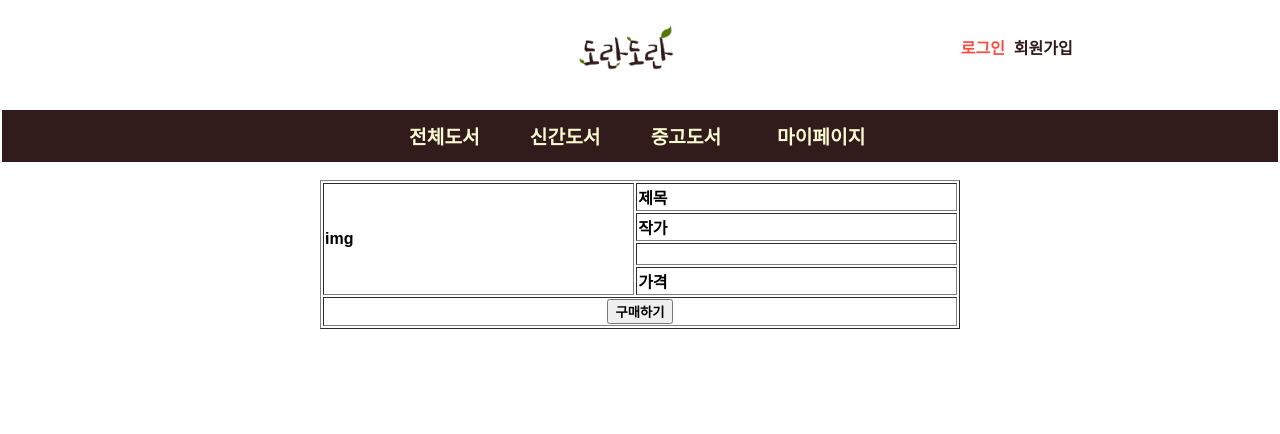
Repository: juhyun110701/DORANDORAN
Page: http://localhost/dorandoran/index.jsp
An editor plug-in stored every save of this project. The page is shown before and after the next save, followed by the edit.
The browser window is 1280 px wide. The pictures show the whole page.
Some web fonts or font styles are not loaded; a fallback is used. The page is served by Tomcat 9. Queries for data that is not in the repository find no rows.

Above is the page before, as saved 2019-07-31 12:04:25.

After the next save:
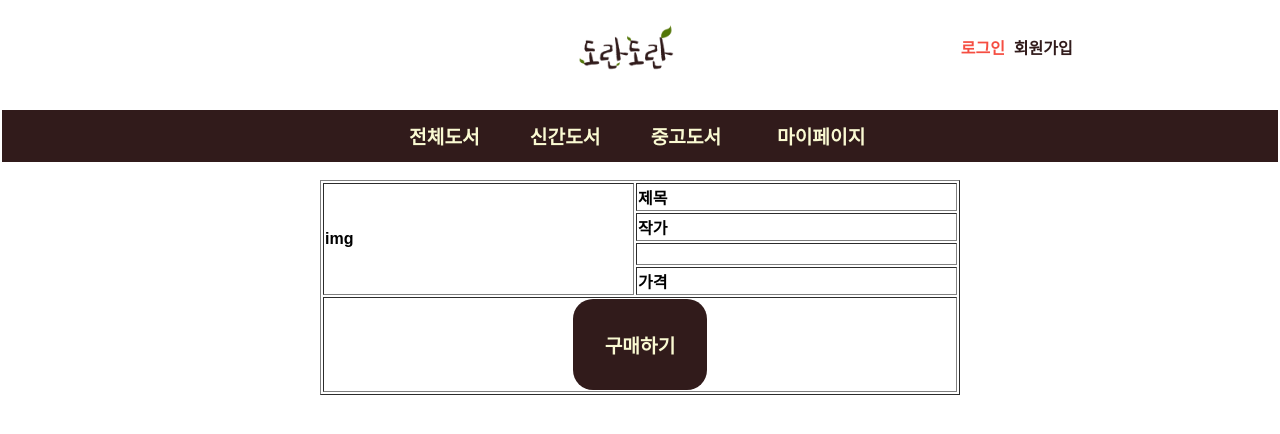
Saved 96 s later.
--- a/dorandoran/WebContent/css/index.css
+++ b/dorandoran/WebContent/css/index.css
@@ -14,6 +14,16 @@ body{
 
 a{
     text-decoration: none;
+}
+
+.btn{
+	background-color:#311b1b;
+	color:lightgoldenrodyellow;
+	border-radius:20px;
+	border:0;
+	outline:0;
+	padding:5%;
+	font-size:120%;
 }
 
 .top_menu{
